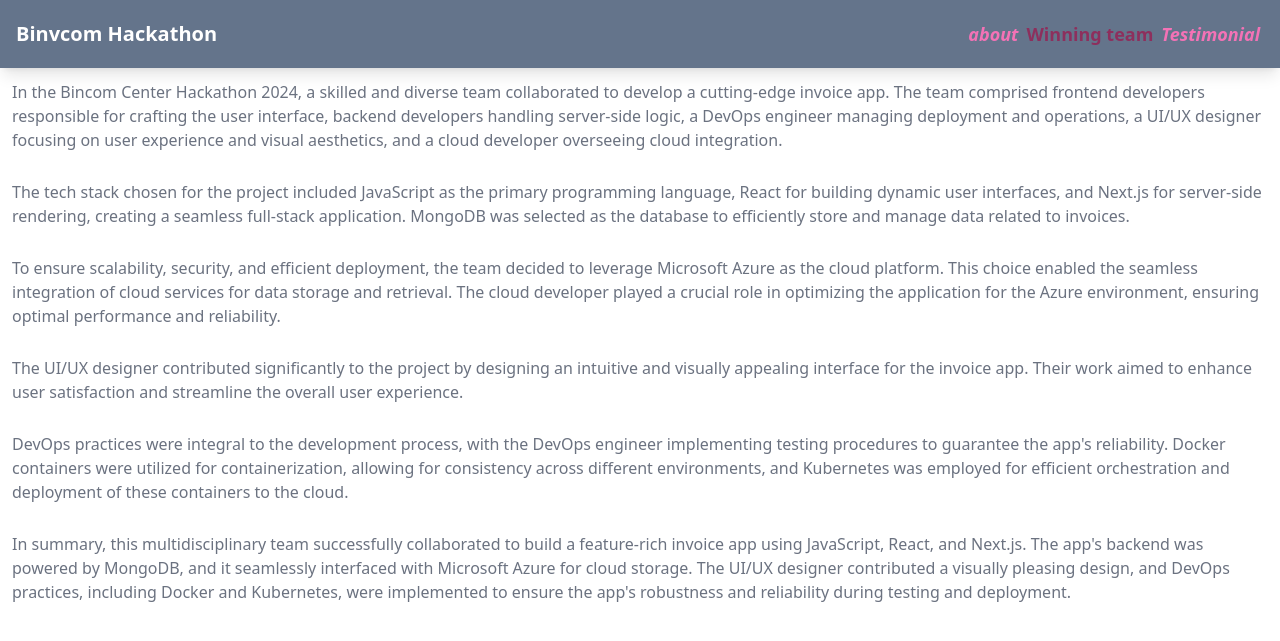
Repository: Semanmernstack/Bincom
Page: /winner
These files come from the project's save history. The page is drawn as it stood at one moment and after the next save; the edit follows.
The browser window is 1280 px wide. The pictures show the whole page.
The project was rebuilt for these pictures with package versions that can differ from the ones it lists, and the page was loaded fresh each time. The framework's server and built-in components were replaced by stand-ins that run in the browser. Also part of the build but not shown: next.config.mjs.

Above is the page before, as saved 2024-01-25 23:23:07.

After the next save:
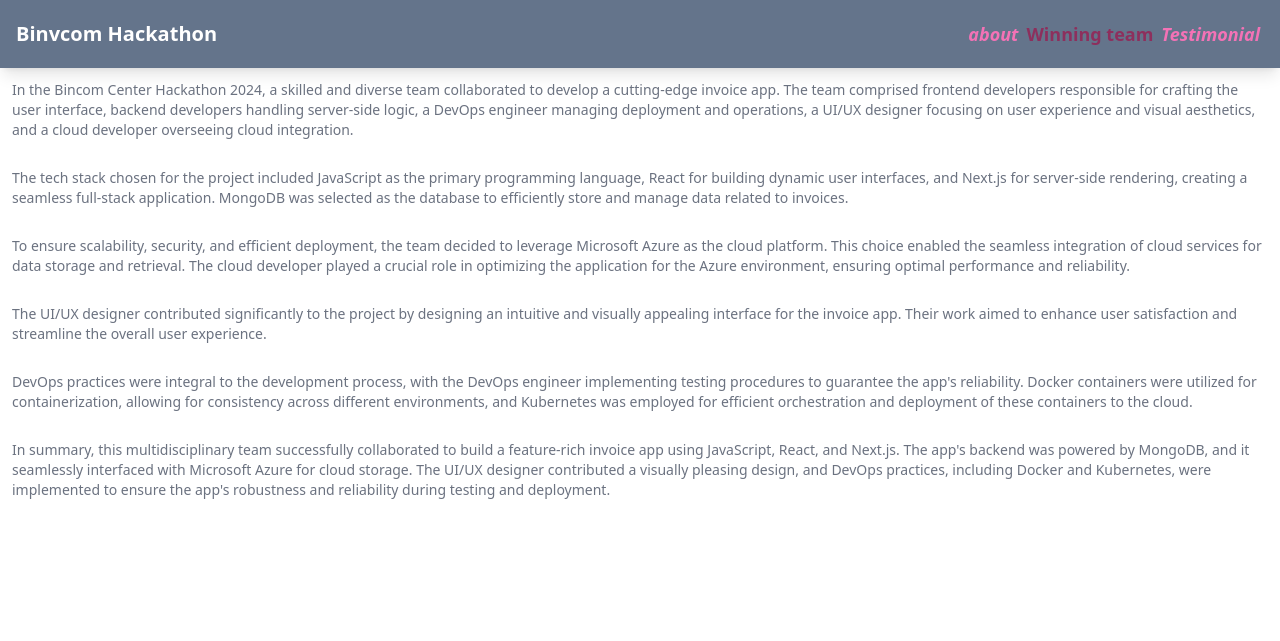
Saved 53 s later.
--- a/app/winner/page.tsx
+++ b/app/winner/page.tsx
@@ -2,7 +2,7 @@ import React from 'react'
 
 function page() {
   return (
-    <div className='flex flex-col p-3 text-gray-500 gap-7'>
+    <div className='flex flex-col p-3 text-gray-500 gap-7 text-sm'>
         <h2>
             In the Bincom Center Hackathon 2024, a skilled and diverse team collaborated to develop a cutting-edge invoice app. The team comprised frontend developers responsible for crafting the user interface, backend developers handling server-side logic, a DevOps engineer managing deployment and operations, a UI/UX designer focusing on user experience and visual aesthetics, and a cloud developer overseeing cloud integration.
         </h2>
